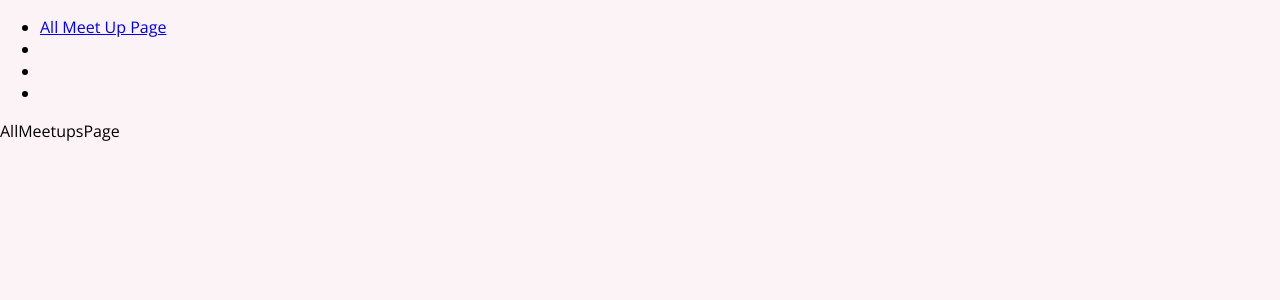
Repository: portretrieve/react-meetup-app
Page: /
These files come from the project's save history. The page is drawn as it stood at one moment and after the next save; the edit follows.
The browser window is 1280 px wide. The pictures show the whole page.
The project was rebuilt for these pictures with package versions that can differ from the ones it lists, and the page was loaded fresh each time. A package was used in the major version that the imports need, not the one package.json lists. Also part of the build but not shown: src/pages/Favourites.js, src/pages/NewMeetup.js.

Above is the page before, as saved 2021-08-17 17:19:09.

### src/App.js
import { Route, Switch } from "react-router-dom";

import AllMeetupsPage from "./pages/AllMeetups";
import FavouritesPage from "./pages/Favourites";
import NewMeetupPage from "./pages/NewMeetup";
import ABC from "./pages/ABC";

function App() {
  return (
    <div>
      <ul>
        <li>
          <a href="/">All Meet Up Page</a>
        </li>
        <li></li>
        <li></li>
        <li></li>
      </ul>
      <Switch>
        <Route path="/" exact>
          <AllMeetupsPage />
        </Route>
        <Route path="/fav-page">
          <FavouritesPage />
        </Route>
        <Route path="/meet-page">
          <NewMeetupPage />
        </Route>
        <Route path="/fav-page-item">
          <ABC />
        </Route>
      </Switch>
    </div>
  );
}

export default App;

### src/pages/AllMeetups.js
import React from "react";

function AllMeetupsPage() {
  return <div>AllMeetupsPage</div>;
}

export default AllMeetupsPage;

Loaded but not shown: public/index.html (common file); src/index.js (common file); src/index.css (common file); src/pages/ABC.js (no stored copy; drawn as an empty file)

After the next save:
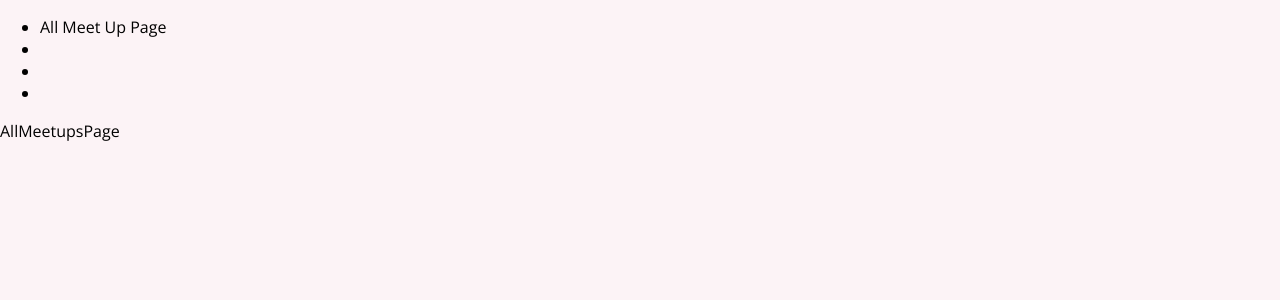
Saved 14 s later.
--- a/src/App.js
+++ b/src/App.js
@@ -10,7 +10,7 @@
     <div>
       <ul>
         <li>
-          <a href="/">All Meet Up Page</a>
+          <a to="/">All Meet Up Page</a>
         </li>
         <li></li>
         <li></li>

After the save that followed:
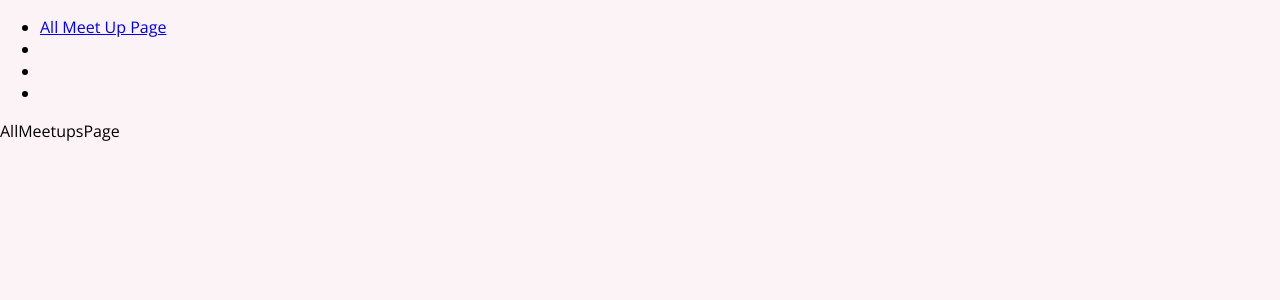
Saved 8 s later.
--- a/src/App.js
+++ b/src/App.js
@@ -10,7 +10,7 @@
     <div>
       <ul>
         <li>
-          <a to="/">All Meet Up Page</a>
+          <a href="/">All Meet Up Page</a>
         </li>
         <li></li>
         <li></li>
